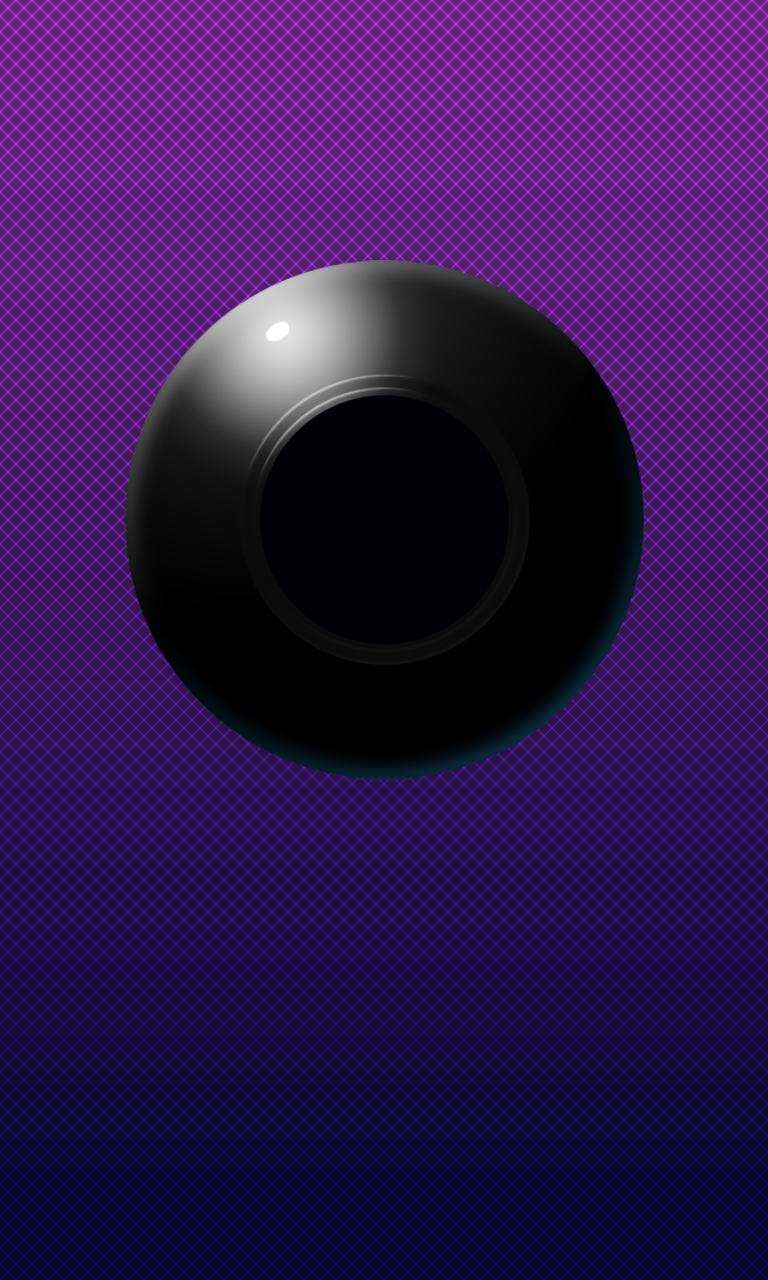
Repository: LimHeeJho/masicBall
Layout: MagicBall/res/layout/activity_main.xml
The author's editor kept a copy of each file at every save. The layout is drawn from the files as they stood at one save, then again after the next save.
It is drawn on a 768 x 1280 px phone screen (xhdpi) without system bars, with theme AppTheme; the app's code is not run.

Above is the layout before, as saved 2013-07-17 08:15:20.

### MagicBall/res/layout/activity_main.xml
<RelativeLayout xmlns:android="http://schemas.android.com/apk/res/android"
    xmlns:tools="http://schemas.android.com/tools"
    android:layout_width="fill_parent"
    android:layout_height="fill_parent"
    tools:context=".MainActivity" >

    <RelativeLayout
        android:layout_width="fill_parent"
        android:layout_height="fill_parent"
        android:layout_alignParentLeft="true"
        android:layout_alignParentTop="true"
        android:background="@drawable/background" >

        <RelativeLayout
            android:layout_width="260dp"
            android:layout_height="300dp"
            android:layout_marginTop="110dp"
            android:layout_centerHorizontal="true"
             >

            <ImageView
                android:id="@+id/imageView1"
                android:layout_width="fill_parent"
                android:layout_height="fill_parent"
                android:layout_alignParentTop="true"
                android:layout_centerHorizontal="true"
                android:src="@drawable/ball" />
        </RelativeLayout>
    </RelativeLayout>

</RelativeLayout>

Loaded but not shown: MagicBall/res/values/styles.xml (common file); MagicBall/res/values-v11/styles.xml (common file); MagicBall/res/values-v14/styles.xml (common file)

After the next save:
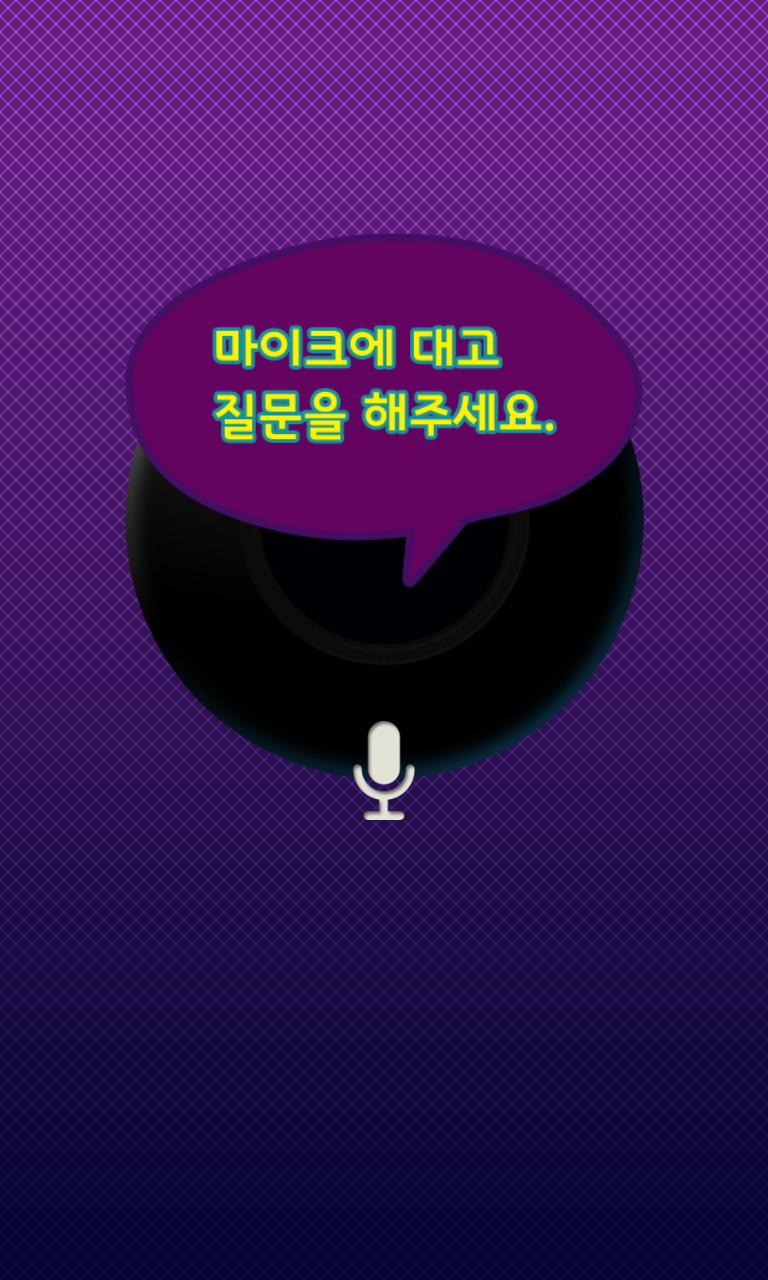
Saved 61 s later.
--- a/MagicBall/res/layout/activity_main.xml
+++ b/MagicBall/res/layout/activity_main.xml
@@ -25,6 +25,23 @@
                 android:layout_alignParentTop="true"
                 android:layout_centerHorizontal="true"
                 android:src="@drawable/ball" />
+
+                    <ImageView
+            android:id="@+id/guide1"
+            android:layout_width="wrap_content"
+            android:layout_height="wrap_content"
+            android:layout_alignParentTop="true"
+            android:layout_centerHorizontal="true"
+            android:src="@drawable/guide_mod" />
+
+        <ImageView
+            android:id="@+id/mic"
+            android:layout_width="wrap_content"
+            android:layout_height="wrap_content"
+            android:layout_below="@+id/guide1"
+            android:layout_centerHorizontal="true"
+            android:layout_marginTop="60dp"
+            android:src="@drawable/mic" />
         </RelativeLayout>
     </RelativeLayout>
 
